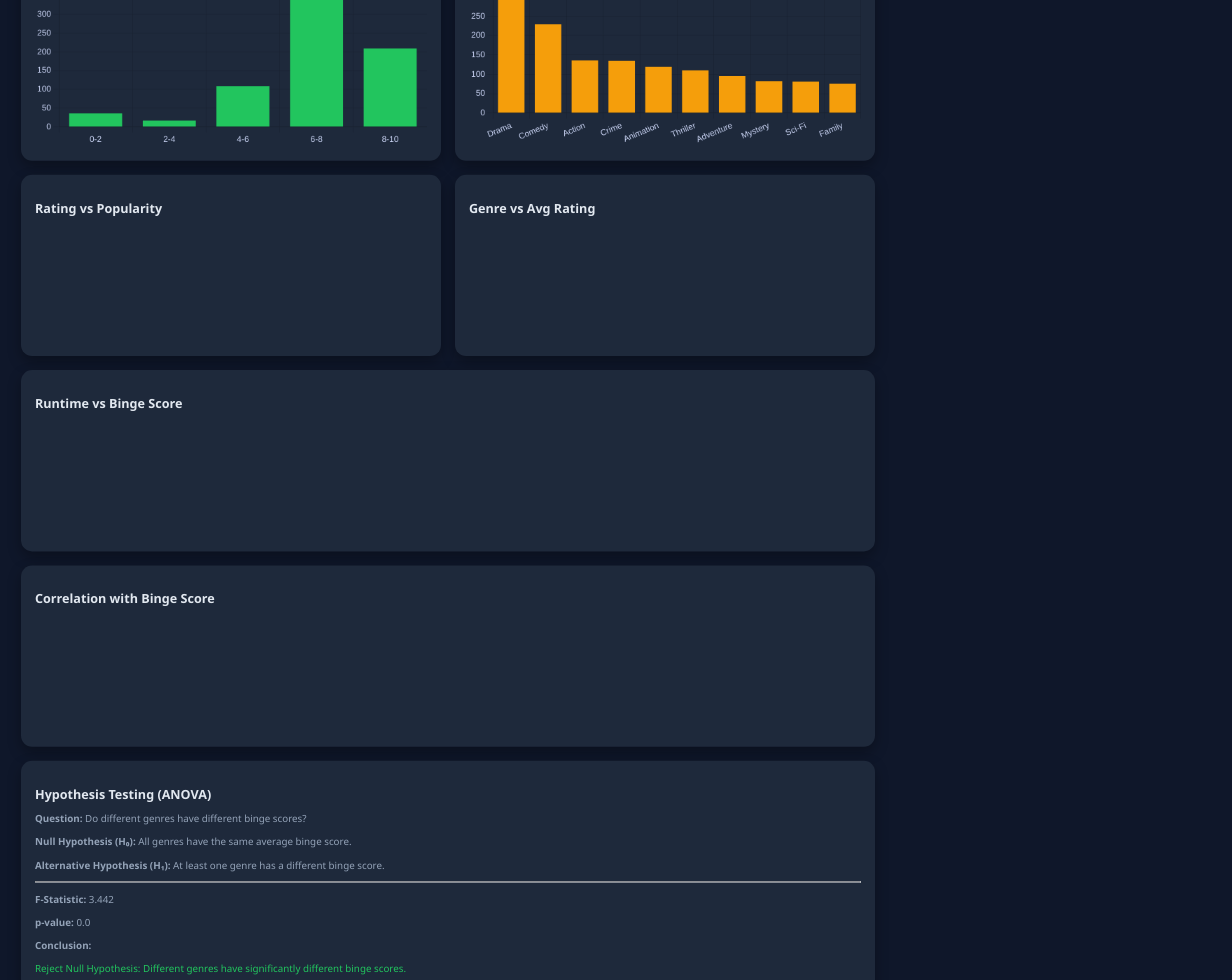
Repository: sanyogita-c05/binge-worthiness-website
Page: http://localhost/analysis
An editor plug-in stored every save of this project. The page is shown before and after the next save, followed by the edit.
The browser window is 1280 px wide. The page is 1760 px wide, so the pictures cover 1760 px, including what lies to the right of the window. The pictures show the part of the page from y = 1664 to 3064 px (the page is 3473 px tall before and 2915 px after), at 70% of full size.
The page is served by the project's application, run on Flask 3 (backend/app.py).

Above is the page before, as saved 2026-05-03 17:30:56.
Console error: TypeError: Cannot read properties of null (reading 'id')

After the next save:
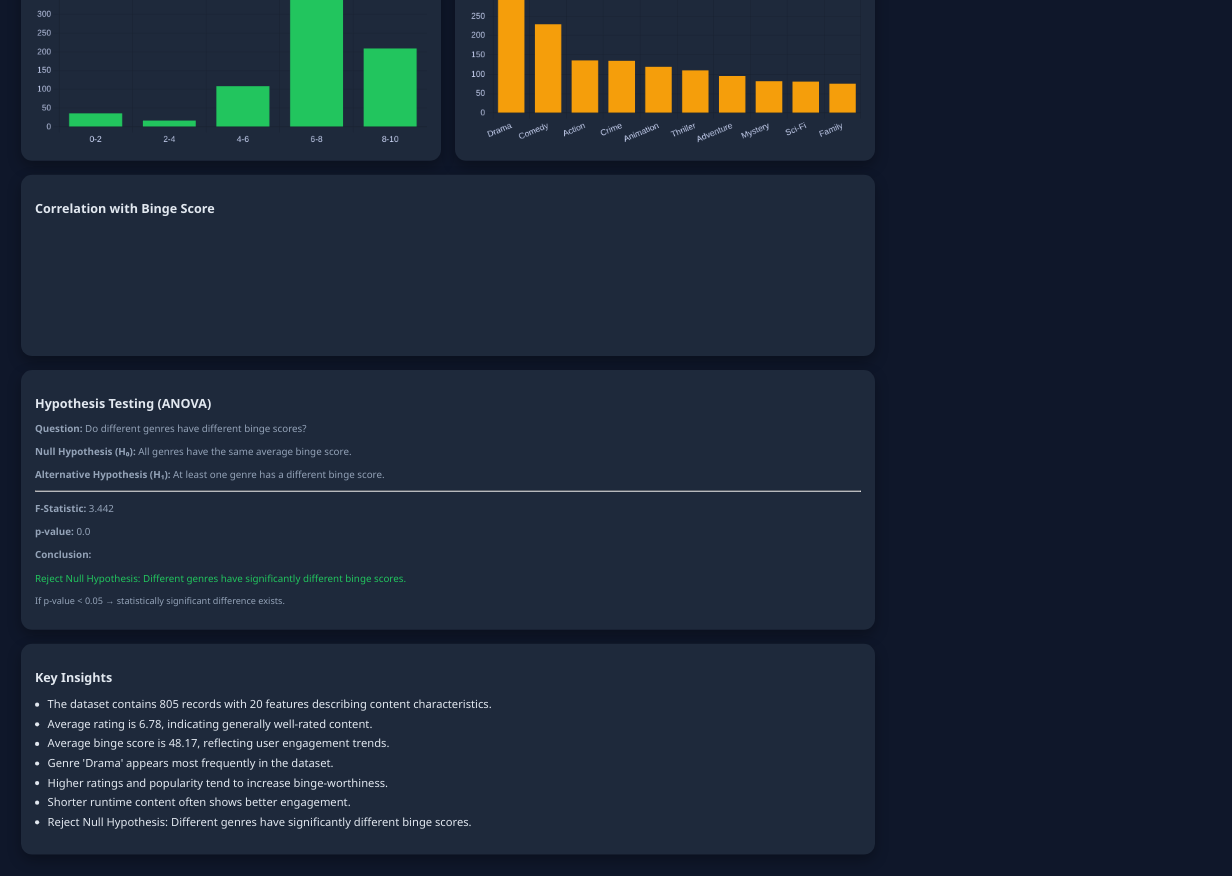
Saved 9 s later.
--- a/backend/templates/analysis.html
+++ b/backend/templates/analysis.html
@@ -149,21 +149,6 @@
     </div>
 
 
-    <!-- Bivariate -->
-    <div class="card">
-        <h2>Rating vs Popularity</h2>
-        <canvas id="ratingPopChart"></canvas>
-    </div>
-
-    <div class="card">
-        <h2>Genre vs Avg Rating</h2>
-        <canvas id="genreRatingChart"></canvas>
-    </div>
-
-    <div class="card full">
-        <h2>Runtime vs Binge Score</h2>
-        <canvas id="runtimeBingeChart"></canvas>
-    </div>
 
     <!-- Correlation -->
     <div class="card full">
